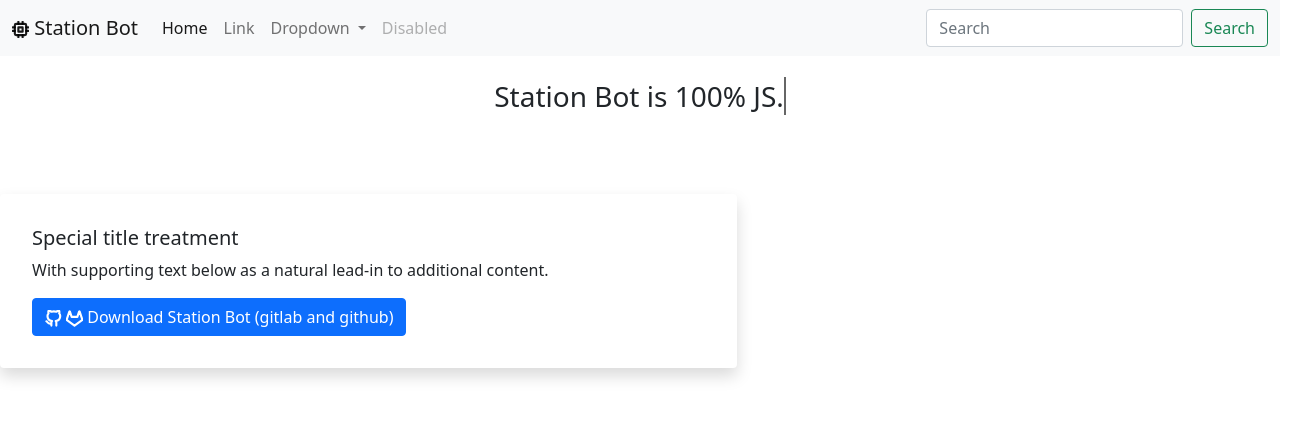
Repository: Valenplayer3000/StationBot-Web
Page: index.html
An editor plug-in stored every save of this project. The page is shown before and after the next save, followed by the edit.
The browser window is 1280 px wide. The page is 1292 px wide, so the pictures cover 1292 px, including what lies to the right of the window. The pictures show the whole page.
Some web libraries are served in a nearby version.

Above is the page before, as saved 2021-11-02 08:59:43.

After the next save:
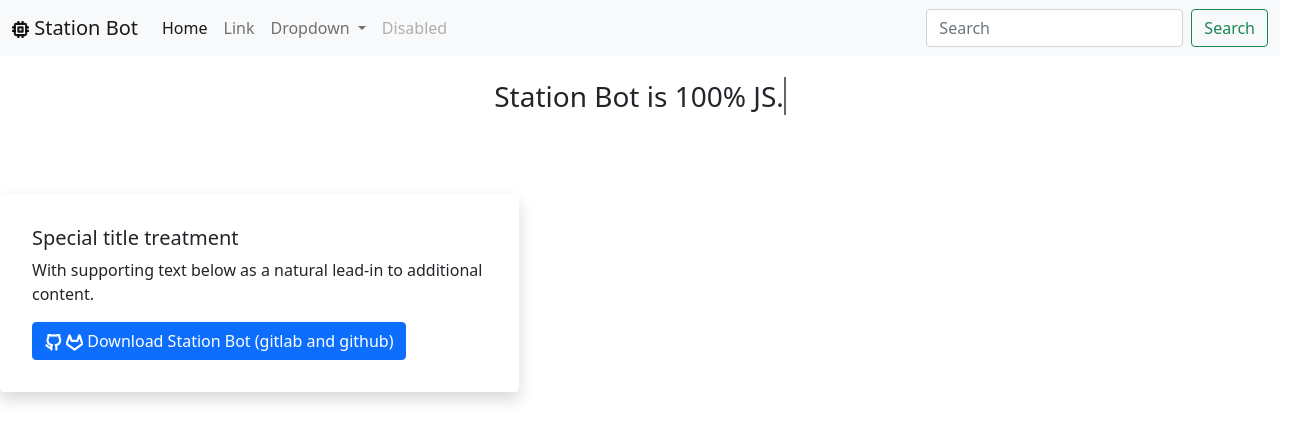
Saved 6 s later.
--- a/index.html
+++ b/index.html
@@ -61,7 +61,7 @@
   <br>
   <br>
     <div class="row">
-        <div class="col-sm-7">
+        <div class="col-sm-5">
           <div class="shadow p-3 mb-5 bg-body rounded">
             <div class="card-body">
               <h5 class="card-title">Special title treatment</h5>
